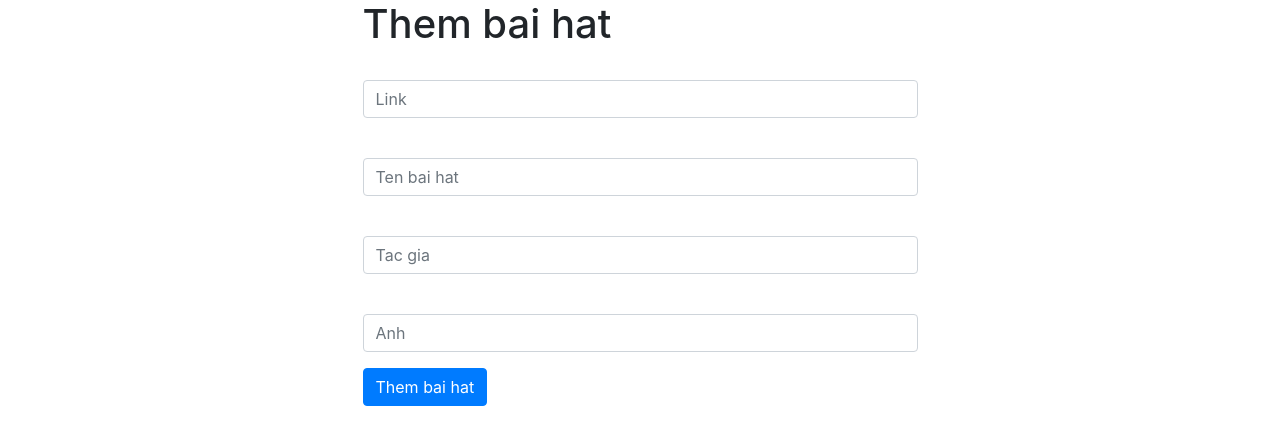
Repository: dovanthao2404/AppMusicHoHo
Page: inex.html
An editor plug-in stored every save of this project. The page is shown before and after the next save, followed by the edit.
The browser window is 1280 px wide. The pictures show the whole page.

Above is the page before, as saved 2021-08-05 08:24:46.

### inex.html
<!DOCTYPE html>
<html lang="en">

<head>
  <meta charset="UTF-8">
  <meta http-equiv="X-UA-Compatible" content="IE=edge">
  <meta name="viewport" content="width=device-width, initial-scale=1.0">
  <title>Document</title>

  <link rel="stylesheet" href="https://cdn.jsdelivr.net/npm/bootstrap@4.6.0/dist/css/bootstrap.min.css"
    integrity="sha384-B0vP5xmATw1+K9KRQjQERJvTumQW0nPEzvF6L/Z6nronJ3oUOFUFpCjEUQouq2+l" crossorigin="anonymous">
</head>

<body>

  <div class="container">
    <div class="w-50 mx-auto">
      <form>
        <h1>Them bai hat</h1>
        <div class="form-group">
          <label for="link"></label>
          <input class="form-control" id="link" type="text" placeholder="Link ">
        </div>
        <div class="form-group">
          <label for="name"></label>
          <input class="form-control" id="name" type="text" placeholder="Ten bai hat">
        </div>
        <div class="form-group">
          <label for="author"></label>
          <input class="form-control" id="author" type="text" placeholder="Tac gia">
        </div>
        <div class="form-group">
          <label for="img"></label>
          <input class="form-control" id="img" type="text" placeholder="Anh">
        </div>
        <button id="btnAddMusic" class="btn btn-primary">Them bai hat</button>
      </form>
    </div>
  </div>

  <script src="https://code.jquery.com/jquery-3.5.1.slim.min.js"
    integrity="sha384-DfXdz2htPH0lsSSs5nCTpuj/zy4C+OGpamoFVy38MVBnE+IbbVYUew+OrCXaRkfj"
    crossorigin="anonymous"></script>
  <script src="https://cdn.jsdelivr.net/npm/bootstrap@4.6.0/dist/js/bootstrap.bundle.min.js"
    integrity="sha384-Piv4xVNRyMGpqkS2by6br4gNJ7DXjqk09RmUpJ8jgGtD7zP9yug3goQfGII0yAns"
    crossorigin="anonymous"></script>
  <script src="https://cdn.jsdelivr.net/npm/axios/dist/axios.min.js"></script>

  <script src="./js/main.js"></script>
</body>

</html>

Loaded but not shown: js/main.js (common file)

After the next save:
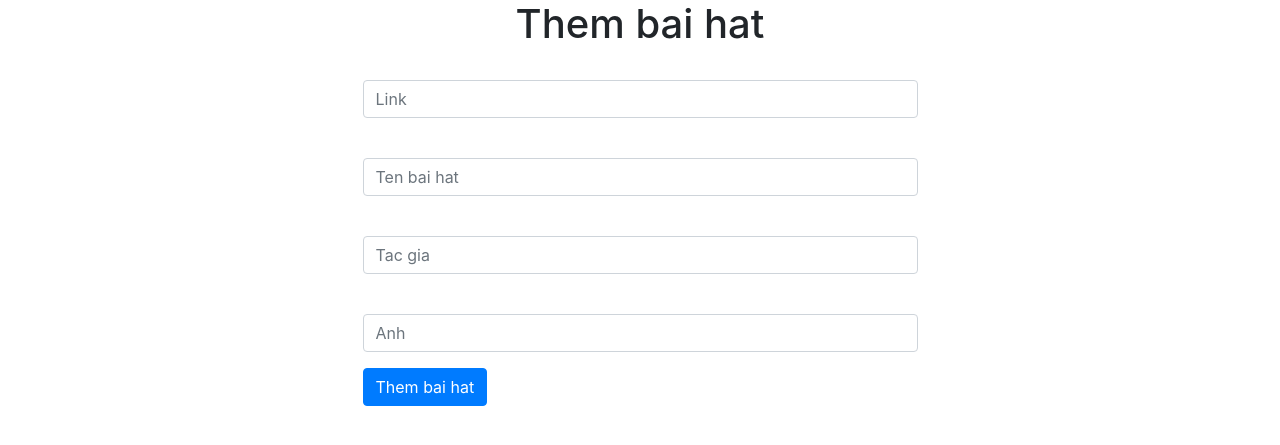
Saved 8 s later.
--- a/inex.html
+++ b/inex.html
@@ -16,7 +16,7 @@
   <div class="container">
     <div class="w-50 mx-auto">
       <form>
-        <h1>Them bai hat</h1>
+        <h1 class="text-center">Them bai hat</h1>
         <div class="form-group">
           <label for="link"></label>
           <input class="form-control" id="link" type="text" placeholder="Link ">
